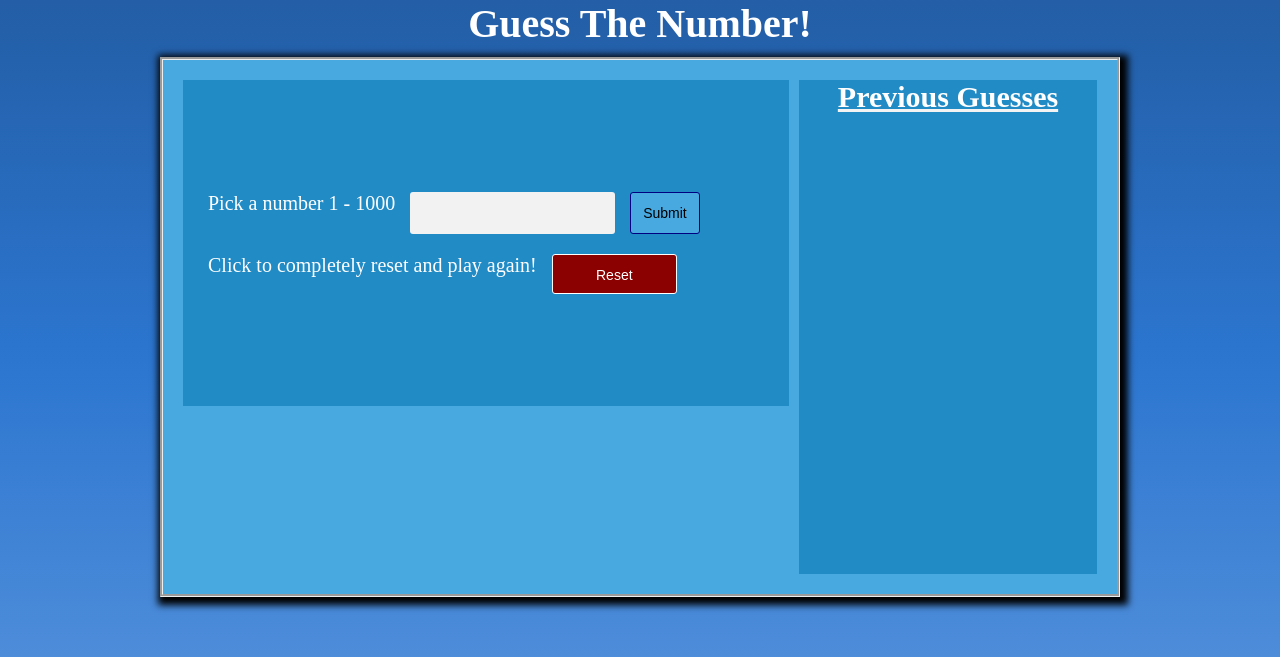
Repository: mlmEFSC21/P15-Modified-Guessing-Game
Page: guess.html
The author's editor kept a copy of each file at every save. The page is drawn from the files as they stood at one save, then again after the next save.
The browser window is 1280 px wide. The pictures show the whole page.

Above is the page before, as saved 2022-03-23 14:20:59.

### guess.html
<!DOCTYPE html>
<html lang="en">
    <head>
        <meta charset="UTF-8" />
        <meta http-equiv="X-UA-Compatible" content="IE=edge" />
        <meta name="viewport" content="width=device-width, initial-scale=1.0" />
        <link rel="stylesheet" href="guess.css" />
        <script src="guess.js" defer></script>
        <title>Guessing Game</title>
    </head>
    <body>
        <header>
            <h1 class="pageTitle">Guess The Number!</h1>
        </header>
        <section>
            <div class="gameContainer" id="container">
                <div class="results" id="results">
                    <form action="" class="inputForm">
                        <label for="guessInput">Pick a number 1 - 1000</label>
                        <input
                            type="text"
                            required
                            name="guessInput"
                            class="guessInput"
                            id="guessInput"
                        />
                        <input type="button" class="submitBtn" id="submitBtn" value="Submit" />
                        <label for="resetBtn">Click to completely reset and play again!</label>
                        <button type="reset" class="resetBtn" id="resetBtn" name="Reset">
                            Reset
                        </button>
                    </form>
                </div>
                <div class="guessesContainer" id="guessesContainer">
                    <h2>Previous Guesses</h2>
                    <ul class="guesses" id="guessList"></ul>
                </div>
            </div>
        </section>
    </body>
</html>

### guess.css
:root {
    --clr-primary: #218bc6;
    --clr-secondary: #48a9e0;
    --clr-tertiary: #235ea6;
}

*,
*::after,
*::before {
    box-sizing: border-box;
    margin: 0;
    padding: 0;
}
body {
    background-image: linear-gradient(var(--clr-tertiary), #2c76d0, #5491db);
    height: 100vh;
    background-position: center;
    background-repeat: no-repeat;
    background-size: cover;
    color: white;
    font-size: 20px;
}
.pageTitle {
    text-align: center;
}
.gameContainer {
    background-color: var(--clr-secondary);
    display: grid;
    max-width: 960px;
    height: 75vh;
    margin: 10px auto;
    padding: 20px;
    grid-template-columns: repeat(3, 1fr);
    grid-template-rows: repeat(3, 1fr);
    gap: 10px;
    align-items: center;
    justify-content: center;
    border: groove;
    box-shadow: 3px 3px 7px 5px black;
}
.results {
    background-color: var(--clr-primary);
    display: flex;
    flex-direction: column-reverse;
    margin: 10px auto;
    padding: 0 25px;
    grid-column: 1 / 3;
    grid-row: 1 / 3;
    height: 100%;
    justify-content: center;
    align-items: center;
    text-align: center;
    overflow: hidden;
}
input,
button {
    margin-block: 10px;
}
.inputForm {
    display: flex;
    flex-wrap: wrap;
}
label {
    margin-right: 15px;
    margin-block: 10px;
}
input {
    border: none;
    -webkit-appearance: none;
    -ms-appearance: none;
    -moz-appearance: none;
    appearance: none;
    background: #f2f2f2;
    padding: 12px;
    border-radius: 3px;
    outline: none;
    font-size: 14px;
}
button {
    border: solid 1px white;
    margin-bottom: 10px;
    padding: 12px;
    border-radius: 3px;
    width: 125px;
    height: 40px;
    outline: none;
    font-size: 14px;
}
h2 {
    text-decoration: underline;
    text-decoration-color: #f3f3f3;
}
.submitBtn {
    background: var(--clr-secondary);
    border: solid 0.5px navy;
    margin-left: 15px;
}
.submitBtn:hover {
    background: #44b3db;
}
.resetBtn {
    background: darkred;
    color: white;
}
.resetBtn:hover {
    background: red;
}
.guessesContainer {
    background-color: var(--clr-primary);
    display: flex;
    flex-direction: column;
    flex-grow: 2;
    height: 100%;
    grid-row: 1 / 4;
    align-items: center;
    overflow: hidden;
}
/* the h3 that is appended by the js. It was hugging the container too much. */
h3 {
    margin: 10px;
    text-align: center;
}
.hint {
    font-style: italic;
    text-decoration: underline;
}

### guess.js
let randomNumber = Math.floor(Math.random() * 1000 + 1);
let guesses = [];

const guessInput = document.getElementById("guessInput");
const resultsDiv = document.getElementById("results");
const submitButton = document.getElementById("submitBtn");
const resetButton = document.getElementById("resetBtn");
const p = document.createElement("p");
const ul = document.getElementById("guessList");
const li = document.createElement("li");
const guessesContainer = document.getElementById("guessesContainer");
const winningMessage = document.createElement("h3");
const hint = document.createElement("h3");

//checks to see if the guess is higher, lower, or equal to
function checkGuess() {
    const currentGuess = Number(guessInput.value);
    if (currentGuess == randomNumber) {
        guesses.push(currentGuess);
        p.innerText = "Congratulations! You guessed the number!";
        resultsDiv.append(p);
        countGuesses();
    }
    if (currentGuess < randomNumber) {
        guesses.push(currentGuess);
        p.innerText = "Too low. Try again!";
        resultsDiv.append(p);
        trackGuesses();
    }
    if (currentGuess > randomNumber) {
        guesses.push(currentGuess);
        p.innerText = "Too high. Try again!";
        resultsDiv.append(p);
        trackGuesses();
    }
}
//tracks previous guess in a <ul>. Removes <li> and populates from guesses[] each time.
function trackGuesses() {
    while (ul.hasChildNodes()) {
        ul.removeChild(ul.firstChild);
    }
    for (i = 0; i <= guesses.length - 1; i++) {
        let li = document.createElement("li");
        li.innerText = guesses[i];
        ul.appendChild(li);
    }
}

//counts how many guesses. Uses array length.
function countGuesses() {
    let numOfGuesses = guesses.length;
    if (numOfGuesses < 10) {
        winningMessage.innerText = `${numOfGuesses} guesses?! Either you know the secret or you got lucky!`;
        guessesContainer.append(winningMessage);
    } else if (numOfGuesses == 10) {
        winningMessage.innerText = `${numOfGuesses} guesses. Ahah! You know the secret!`;
        guessesContainer.append(winningMessage);
    } else if (numOfGuesses > 10) {
        winningMessage.innerText = `Yikes! ${numOfGuesses} guesses... You should be able to do better!`;
        hint.innerHTML = '*Hint* Knowing the trick is <span class="hint">half</span> the battle.';
        guessesContainer.append(winningMessage);
        guessesContainer.append(hint);
    }
}
// creates a new random number for replay
function newRNG() {
    randomNumber = Math.floor(Math.random() * 10 + 1);
}
//resets the game completely.
function resetGame() {
    p.innerText = "";
    resultsDiv.append(p);
    while (ul.hasChildNodes()) {
        ul.removeChild(ul.firstChild);
    }
    winningMessage.remove();
    guesses = [];
    newRNG();
    //logging random number for debugging.
    console.log(randomNumber);
}

submitButton.addEventListener("click", checkGuess);
resetButton.addEventListener("click", resetGame);
//logging random number for debugging.
console.log(randomNumber);

After the next save:
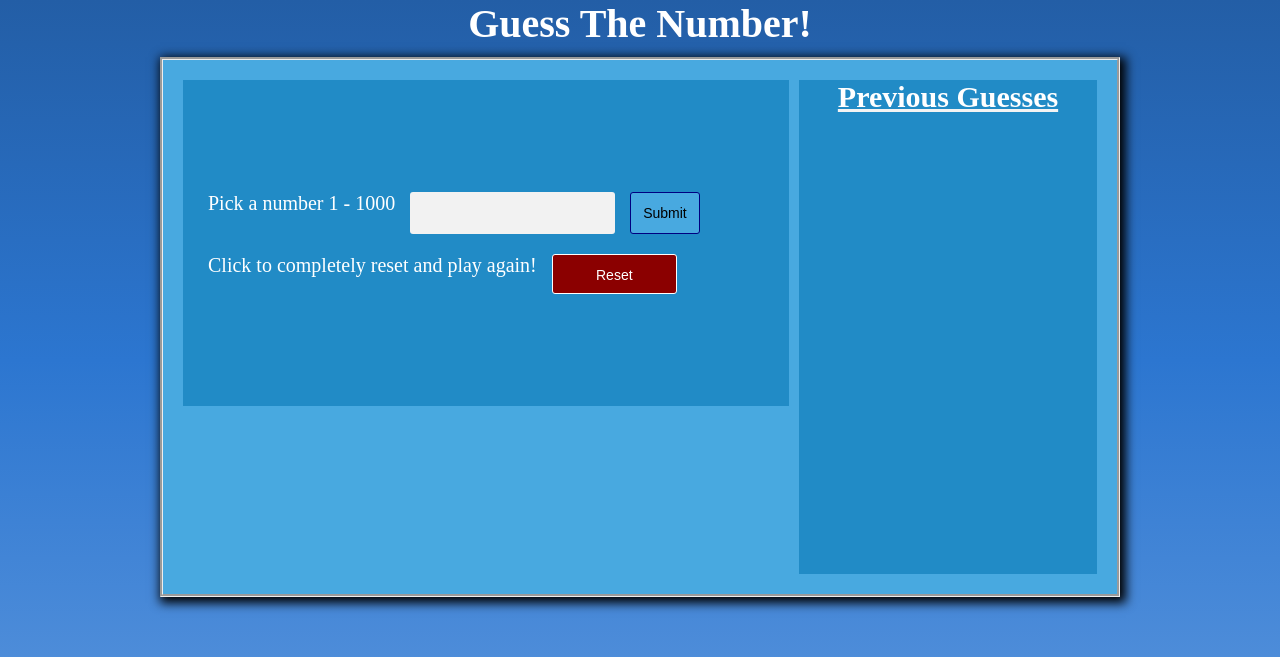
Saved 19 s later.
--- a/guess.css
+++ b/guess.css
@@ -36,7 +36,7 @@ body {
     align-items: center;
     justify-content: center;
     border: groove;
-    box-shadow: 3px 3px 7px 5px black;
+    box-shadow: 3px 3px 10px 3px black;
 }
 .results {
     background-color: var(--clr-primary);
